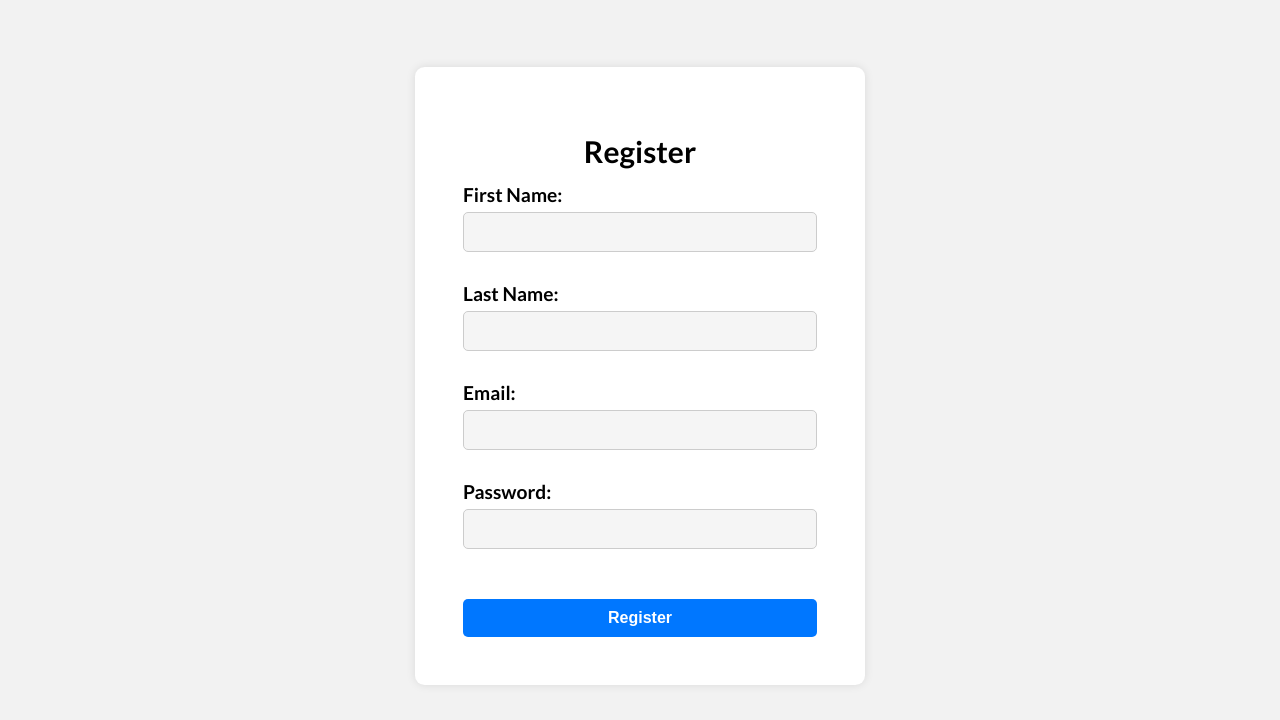
Repository: DannyMyles/iGammer
Page: /registration
The author's editor kept a copy of each file at every save. The page is drawn from the files as they stood at one save, then again after the next save.
The browser window is 1280 px wide. The pictures show the whole page.
The project was rebuilt for these pictures with package versions that can differ from the ones it lists, and the page was loaded fresh each time. Also part of the build but not shown: src/components/footer/footer.css, src/components/footer/Footer.tsx, src/components/navbar/navbar.css, src/components/navbar/Navbar.tsx, src/pages/games/games.css, src/pages/games/Games.tsx, src/pages/home/home.css, src/pages/home/Home.tsx and 3 more.

Above is the page before, as saved 2023-03-16 11:19:31.

### public/index.html
<!DOCTYPE html>
<html lang="en">
  <head>
    <meta charset="utf-8" />
    <link rel="icon" href="%PUBLIC_URL%/favicon.ico" />
    <meta name="viewport" content="width=device-width, initial-scale=1" />
    <meta name="theme-color" content="#000000" />
    <meta
      name="description"
      content="Web site created using create-react-app"
    />
    <link rel="apple-touch-icon" href="%PUBLIC_URL%/logo192.png" />

    <link rel="manifest" href="%PUBLIC_URL%/manifest.json" />
    <title>iGammer</title>
  </head>
  <body>
    <div id="root"></div>
  </body>
</html>

### src/index.tsx
import React from "react";
import ReactDOM from "react-dom/client";
import "./index.css";
import App from "./App";
import { BrowserRouter } from "react-router-dom";
const root = ReactDOM.createRoot(
  document.getElementById("root") as HTMLElement
);
root.render(
  <React.StrictMode>
    <BrowserRouter>
      <App />
    </BrowserRouter>
  </React.StrictMode>
);

### src/index.css
@import url('https://fonts.googleapis.com/css2?family=Lato:wght@100;300;400;700;900&display=swap');
* {
	box-sizing: border-box;

}

body {
	margin: 0;
	padding: 0;
	background: #ffffff;
	align-items: center;
	flex-direction: column;
	font-family: 'Lato', sans-serif;
	line-height: 1.5rem;
	font-size: 20px;
}
.i-word{
	font-style: italic;
	font-size: larger;
	font-weight: 900;
	color: rgb(247, 158, 4);
  }

### src/App.tsx
import { Route, Routes } from "react-router-dom";
import Games from "./pages/games/Games";
import Home from "./pages/home/Home";
import Login from "./pages/login/Login";
import PlayGame from "./pages/playgame/PlayGame";
import Register from "./pages/register/Register";

function App() {
  const handleRegistration = (
    firstName: string,
    lastName: string,
    email: string,
    password: string
  ) => {
    // Handle registration logic here
    console.log(firstName, lastName, email, password);
  };

  const handleSubmit = (email: string, password: string) => {
    // Handle login logic here
    console.log("Email:", email);
    console.log("Password:", password);
  };

  return (
    <Routes>
      <Route path="/" element={<Home />} />
      <Route path="/games" element={<Games />} />
      <Route path="/play" element={<PlayGame />} />
      <Route path="/login" element={<Login onSubmit={handleSubmit} />} />
      <Route
        path="/registration"
        element={<Register onSubmit={handleRegistration} />}
      />
    </Routes>
  );
}

export default App;

### src/pages/register/Register.tsx
import "./register.css";
import { useState } from "react";

type RegistrationProps = {
  onSubmit: (
    firstName: string,
    lastName: string,
    email: string,
    password: string
  ) => void;
};
const Register = ({ onSubmit }: RegistrationProps) => {
  const [firstName, setFirstName] = useState("");
  const [lastName, setLastName] = useState("");
  const [email, setEmail] = useState("");
  const [password, setPassword] = useState("");

  const handleRegistration = (e: React.FormEvent<HTMLFormElement>) => {
    e.preventDefault();
    onSubmit(firstName, lastName, email, password);
  };

  return (
    <div className="register-container">
      <form className="registration-form" onSubmit={handleRegistration}>
        <h2>Register</h2>
        <label>
          First Name:
          <input
            type="text"
            value={firstName}
            onChange={(event) => setFirstName(event.target.value)}
          />
        </label>
        <label>
          Last Name:
          <input
            type="text"
            value={lastName}
            onChange={(event) => setLastName(event.target.value)}
          />
        </label>
        <label>
          Email:
          <input
            type="email"
            value={email}
            onChange={(event) => setEmail(event.target.value)}
          />
        </label>
        <label>
          Password:
          <input
            type="password"
            value={password}
            onChange={(event) => setPassword(event.target.value)}
          />
        </label>
        <button type="submit">Register</button>
      </form>
    </div>
  );
};

export default Register;

### src/pages/login/login.css
.login-container {
    display: flex;
    justify-content: center;
    align-items: center;
    height: 100vh;
    background-color: #f2f2f2;
  }
  .login-form h2 {
    margin-bottom: 20px;
    margin-top: 0;
  }
  form {
    display: flex;
    flex-direction: column;
    text-align: left;
    width: 400px;
    padding: 3rem;
    background-color: white;
    border-radius:.6rem;
    box-shadow: 0px 0px 10px rgba(0, 0, 0, 0.1);
}

  label {
    margin-bottom: .5rem;
    font-weight: bold;
    font-size: 1.2rem;
    text-align: left;
  }

  input {
    width: 100%;
    padding: 10px;
    margin-bottom: 20px;
    border-radius: 5px;
    border: none;
    background-color: #f5f5f5;
    font-size: 16px;
  }
  input:focus{
    outline: rgb(253, 252, 252);
    border:1px solid #bebcbc;
  }

  button {
    width: 100%;
    padding: 10px;
    border-radius: 5px;
    border: none;
    background-color: #0077cc;
    color: white;
    font-size: 16px;
    font-weight: bold;
    cursor: pointer;
  }

  button:hover {
    background-color: #0066b3;
  }

### src/pages/register/register.css
.register-container {
    display: flex;
    justify-content: center;
    align-items: center;
    height: 100vh;
    background-color: #f2f2f2;
  }
.registration-form {
    display: flex;
    flex-direction: column;
    align-items: center;
    margin-top: 2rem;
    width: 450px;
  }

  .registration-form h2 {
    margin-bottom: 20px;
  }

  .registration-form label {
    display: flex;
    flex-direction: column;
    margin-bottom: 10px;
    text-align: left;
    width: 100%;
  }

  .registration-form input {
    padding: 10px;
    border-radius: 5px;
    border: 1px solid #ccc;
    margin-top: 5px;
  }

  .registration-form button {
    padding: 10px 20px;
    background-color: #0077ff;
    color: #fff;
    border: none;
    border-radius: 5px;
    cursor: pointer;
    margin-top: 20px;
  }

  .registration-form button:hover {
    background-color: #0059b3;
  }

After the next save:
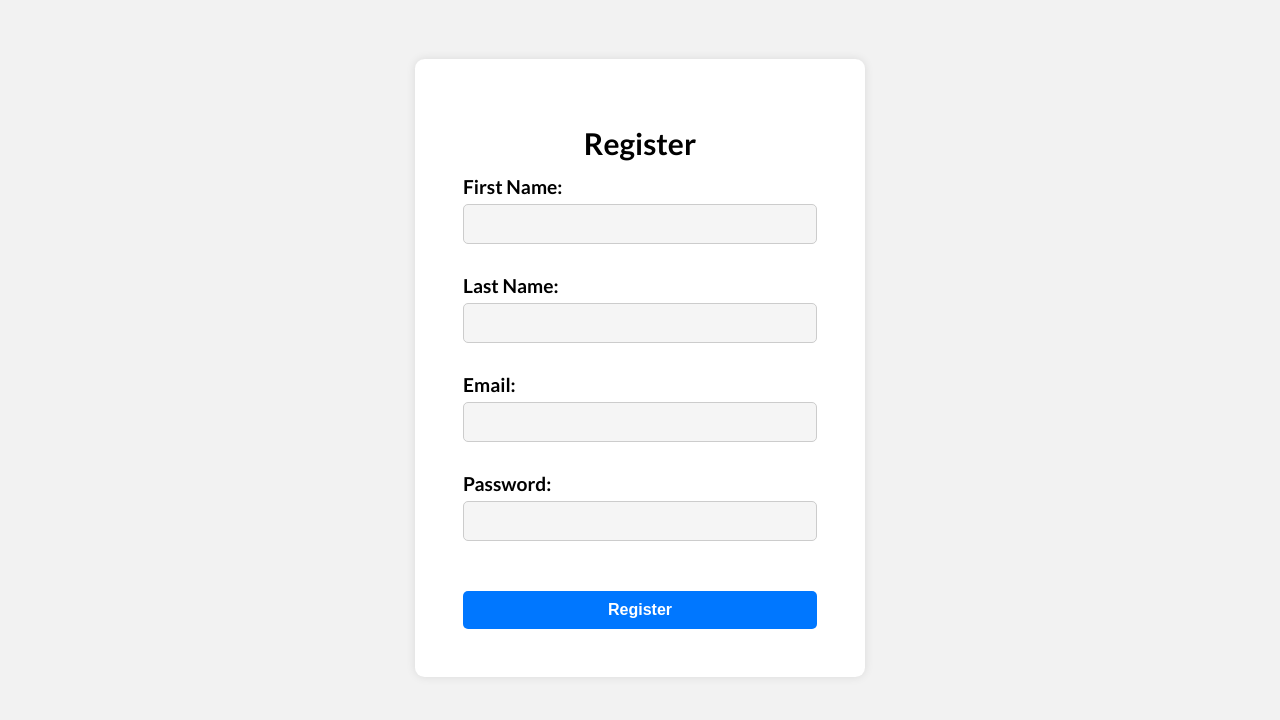
Saved 5 s later.
--- a/src/pages/register/register.css
+++ b/src/pages/register/register.css
@@ -9,7 +9,7 @@
     display: flex;
     flex-direction: column;
     align-items: center;
-    margin-top: 2rem;
+    margin-top: 1rem;
     width: 450px;
   }
 
